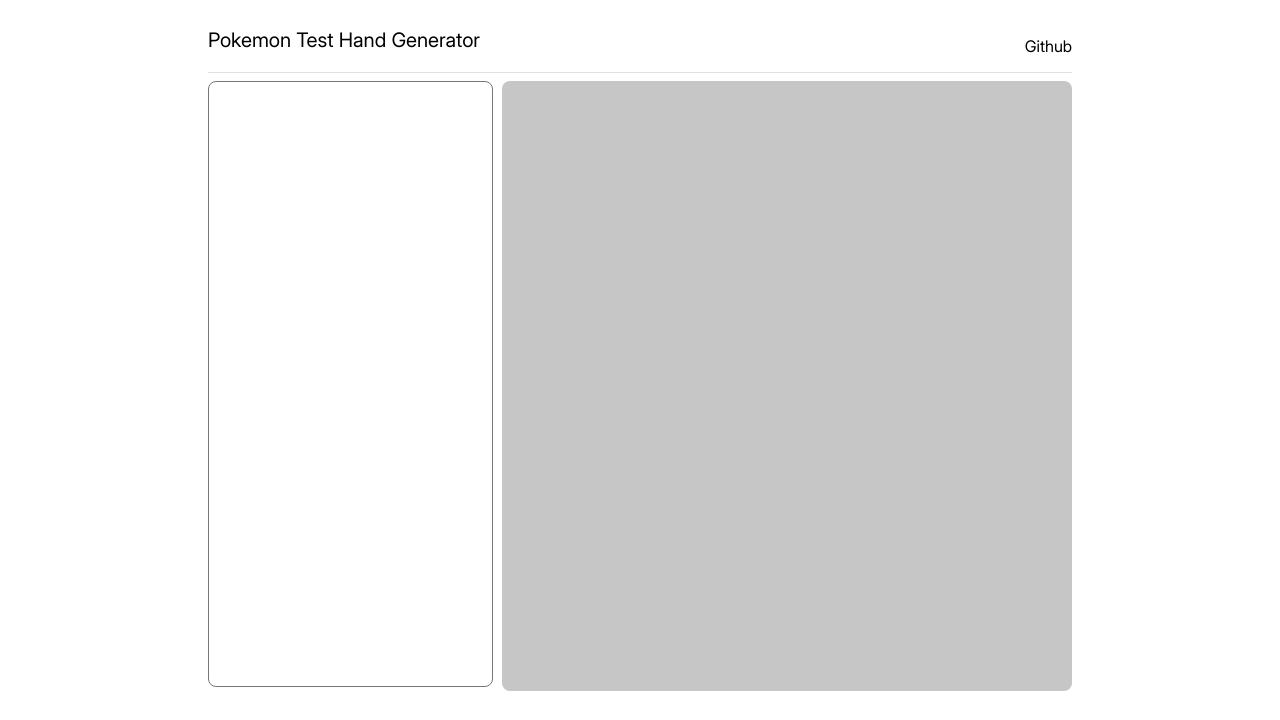
Repository: danielj1415/test-hand-simulator
Page: /
These files come from the project's save history. The page is drawn as it stood at one moment and after the next save; the edit follows.
The browser window is 1280 px wide. The pictures show the whole page.
The project was rebuilt for these pictures with package versions that can differ from the ones it lists, and the page was loaded fresh each time. Also part of the build but not shown: vite.config.ts, src/index.css.

Above is the page before, as saved 2024-10-30 18:09:32.

### src/App.tsx
import { useState } from 'react'
import './App.css'
import { Outlet, Link } from "react-router-dom";

function App() {

  const [deckList, setDeckList] = useState({
    deck: ''
  })

  // Handle input changes
  const handleChange = (e: { target: { name: any; value: any; }; }) => {
    const { name, value } = e.target;
    setDeckList((prevData) => ({
      ...prevData,
      [name]: value
    }));
  };

  // Handle form submission
  const handleSubmit = (e: { preventDefault: () => void; }) => {
    e.preventDefault(); // Prevents the default form submission behavior
    // Process the form data here (e.g., send to an API)
  };

  return (
    <div>
      <div className = "mainContainer">
        <div className = "navigationBar">
          <p className = "headerTextBold">Pokemon Test Hand Generator</p>
          <p className = "headerText">Github</p>
        </div>
        <div className = "divider"/>
        <div className = "mainBody">
          <div className = "inputDeck">
            <form onSubmit = {handleSubmit}>
              <div>
                <label htmlFor="deck"></label>
                <textarea className = "deckInputDiv" id="deck" name="deck" value={deckList.deck} onChange={handleChange}/>
              </div>
            </form>
          </div>
          <div className = "testHands"></div>
        </div>
      </div>
    </div>
  )
}

export default App

### src/App.css

@import "./fonts.css";

.mainContainer{
  margin-left: 200px;
  margin-right: 200px;
}

.navigationBar{
  display: flex;
  align-items:flex-end;
  justify-content: space-between;
  margin-top: 8px;
}

.headerText{
  font-size: 16px;
  font-family: "Inter";
}

.headerTextBold{
  font-size: 20px;
  font-family: "Inter";
}

.divider{
  width: 100%;
  height: 1px;
  background-color: rgb(224, 224, 224);
}

.mainBody{
  display: flex;
  justify-content: space-between;
  margin-top: 8px;
}

.inputDeck{
  width: 33%;
  border-radius: 8px;
}

.testHands{
  width: 66%;
  background-color: rgb(198, 198, 198);
  border-radius: 8px;
}


.deckInputDiv{
  width: 98%;
  height: 600px;
  resize: none;
  border-radius: 8px;
  font-family: "Inter";
}

### src/fonts.css
@font-face {
    font-family: "Inter";
    src: url("/src/assets/fonts/Inter_28pt-Regular.ttf");
  }

Loaded but not shown: index.html (common file); src/main.tsx (common file)

After the next save:
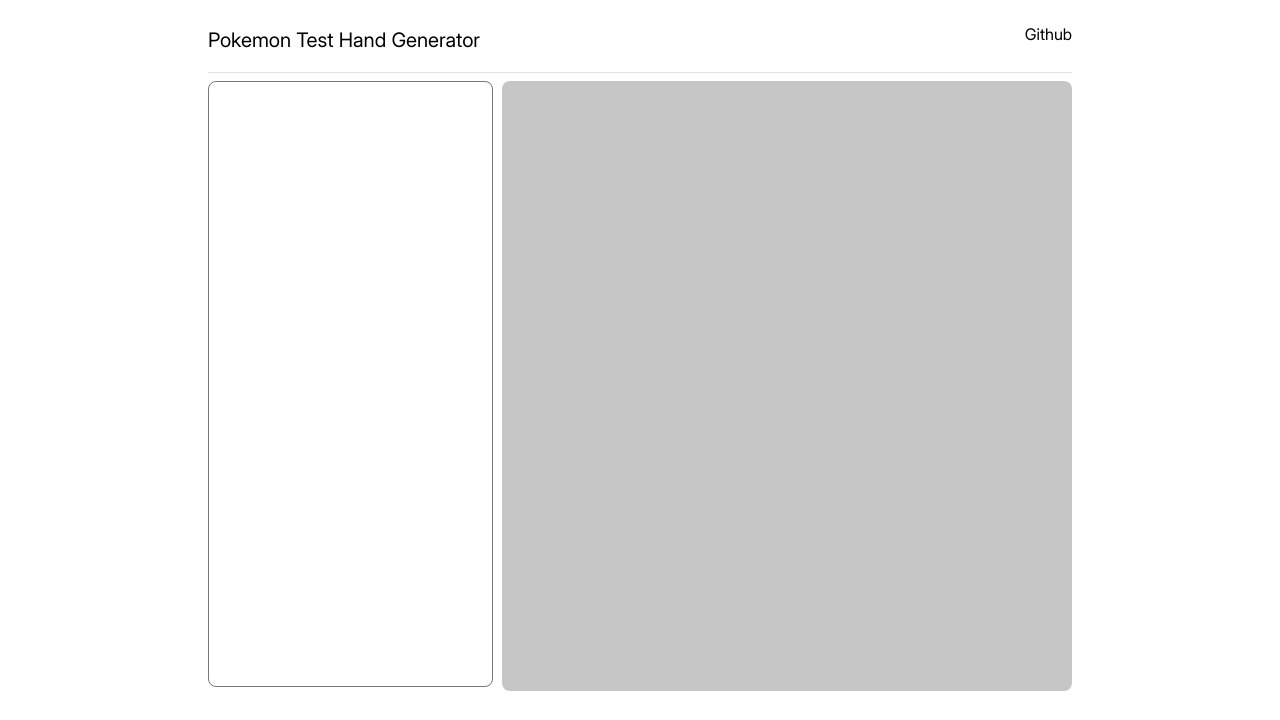
Saved 31 s later.
--- a/src/App.css
+++ b/src/App.css
@@ -8,7 +8,7 @@
 
 .navigationBar{
   display: flex;
-  align-items:flex-end;
+  align-items:flex-start;
   justify-content: space-between;
   margin-top: 8px;
 }
